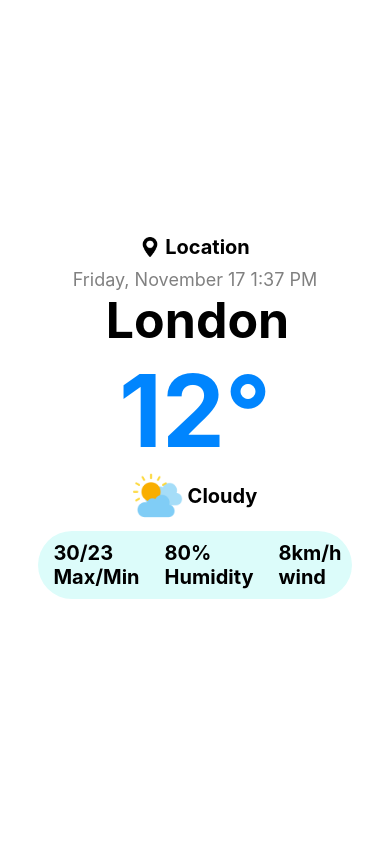
Repository: praveen080/react-native-weatherAppV1
Screen: /
The author's editor kept a copy of each file at every save. The screen is drawn from the files as they stood at one save, then again after the next save.
The app was drawn by React Native's web renderer in a window 390 px wide. The project was rebuilt for these pictures with package versions that can differ from the ones it lists, and the page was loaded fresh each time. Also part of the build but not shown: Screens/startUp.js.

Above is the screen before, as saved 2023-11-17 14:16:05.

After the next save:
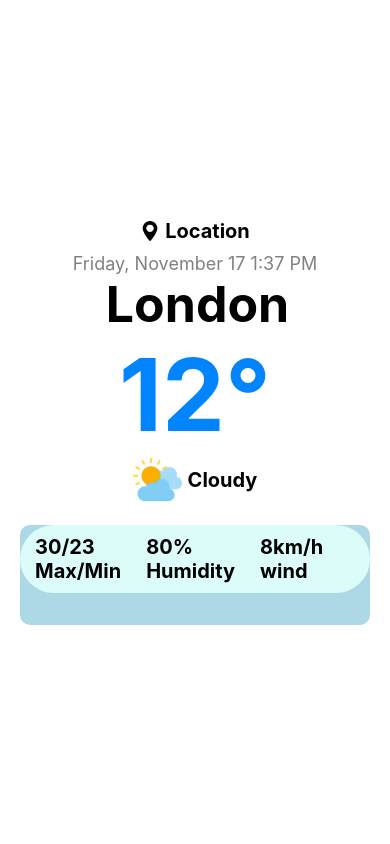
Saved 18 s later.
--- a/Screens/Home.js
+++ b/Screens/Home.js
@@ -42,7 +42,7 @@ const Home = () => {
         />
         <Text style={styles.locationText}>Cloudy</Text>
       </View>
-      <View style={styles.card}>
+      <View style={styles.cardFull}>
         <View style={styles.locationContainer1}>
           <View style={styles.card}>
             <Text style={styles.locationText}>30/23</Text>
